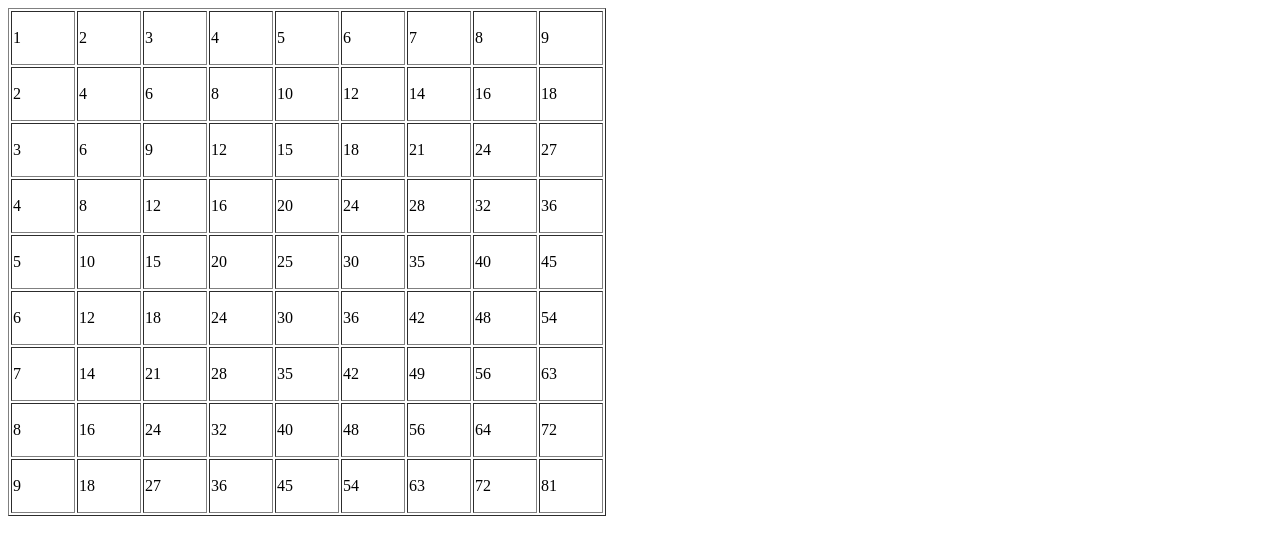
Repository: cshm225/jsplesson
Page: http://localhost/Fortune/nine.jsp
The author's editor kept a copy of each file at every save. The page is drawn from the files as they stood at one save, then again after the next save.
The browser window is 1280 px wide. The pictures show the whole page.
The page is served by Tomcat 9. Other server files are loaded and not shown.

Above is the page before, as saved 2022-05-23 05:04:37.

### Fortune/WebContent/nine.jsp
<%@ page language="java" contentType="text/html; charset=UTF-8"
	pageEncoding="UTF-8"%>
<!DOCTYPE html>
<html>
<head>
<meta charset="UTF-8">
<title>Insert title here</title>
</head>
<body>
	<table border="1">
		<%
		for (int i = 1; i < 10; i++) {
		%>
		<tr>
			<%
			for (int j = 1; j < 10; j++) {
			%>
			<td width=60px>
				<p text-align=center><%
				out.print(i * j);
				%></p>
			</td>
			<%
			}
			%>
		</tr>
		<%
		}
		%>
	</table>
</body>
</html>

After the next save:
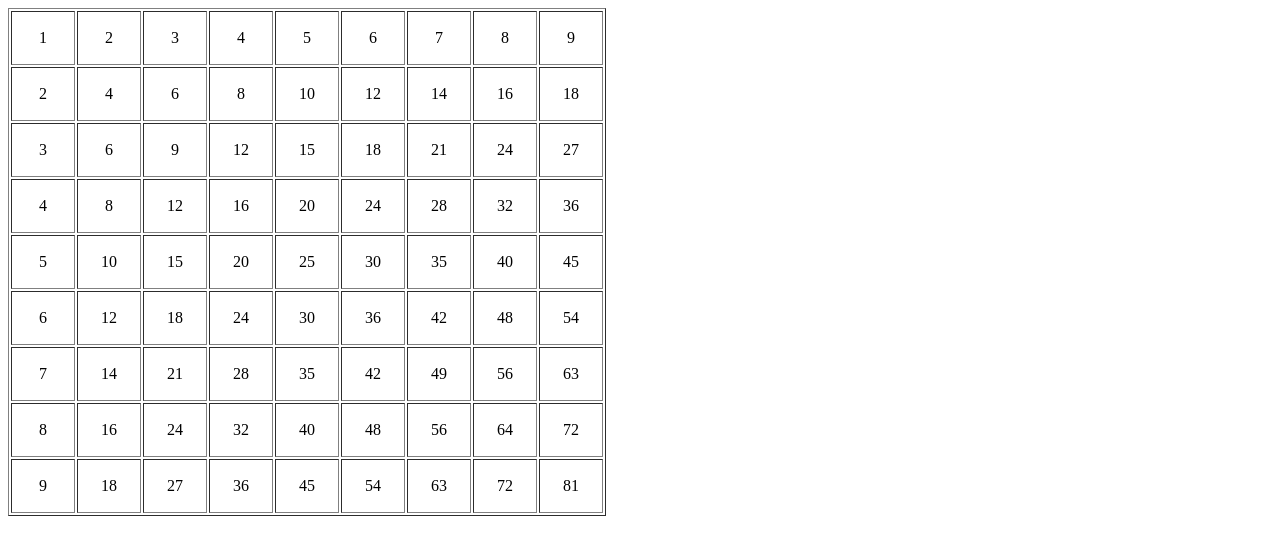
Saved 24 min 13 s later.
--- a/Fortune/WebContent/nine.jsp
+++ b/Fortune/WebContent/nine.jsp
@@ -6,7 +6,7 @@
 <meta charset="UTF-8">
 <title>Insert title here</title>
 </head>
-<body>
+<body style=text-align:center>
 	<table border="1">
 		<%
 		for (int i = 1; i < 10; i++) {
@@ -16,7 +16,7 @@
 			for (int j = 1; j < 10; j++) {
 			%>
 			<td width=60px>
-				<p text-align=center><%
+				<p><%
 				out.print(i * j);
 				%></p>
 			</td>
